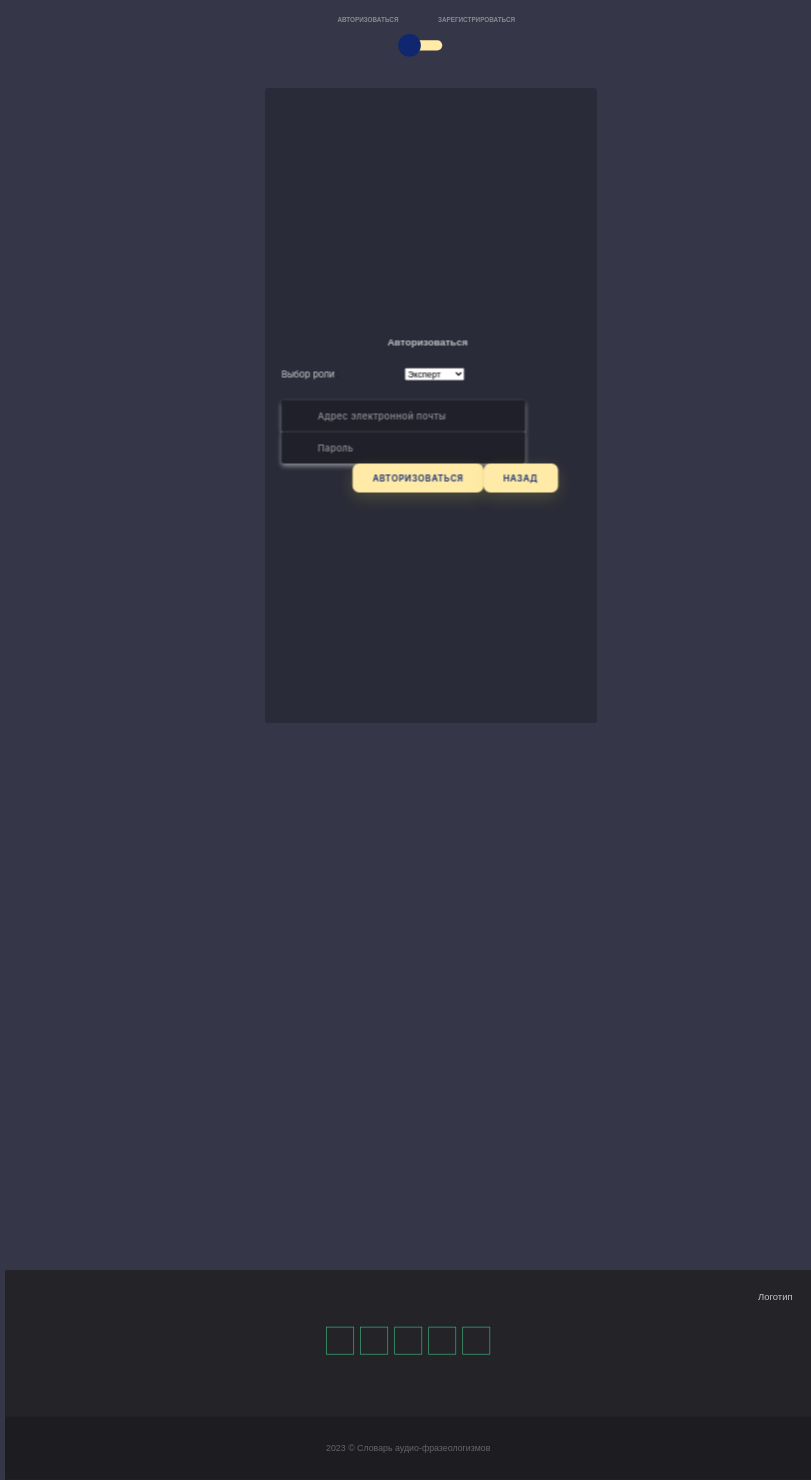
Repository: DoctorLivchic/is_audio_idioms_front
Page: /Authorization_Other
An editor plug-in stored every save of this project. The page is shown before and after the next save, followed by the edit.
The browser window is 1280 px wide. The page is 1288 px wide, so the pictures cover 1288 px, including what lies to the right of the window. The pictures show the whole page, at 63% of full size.
The project was rebuilt for these pictures with package versions that can differ from the ones it lists, and the page was loaded fresh each time. Also part of the build but not shown: src/CONST.js, src/main/Main.js, src/main_page/Main_page_aut.js, src/main_page/Main_page.js, src/main/Main_aut.js, src/Authorization.js, src/Users_personal_account.js, src/Expert_personal_account.js and 4 more.

Above is the page before, as saved 2023-03-18 14:53:03.

After the next save:
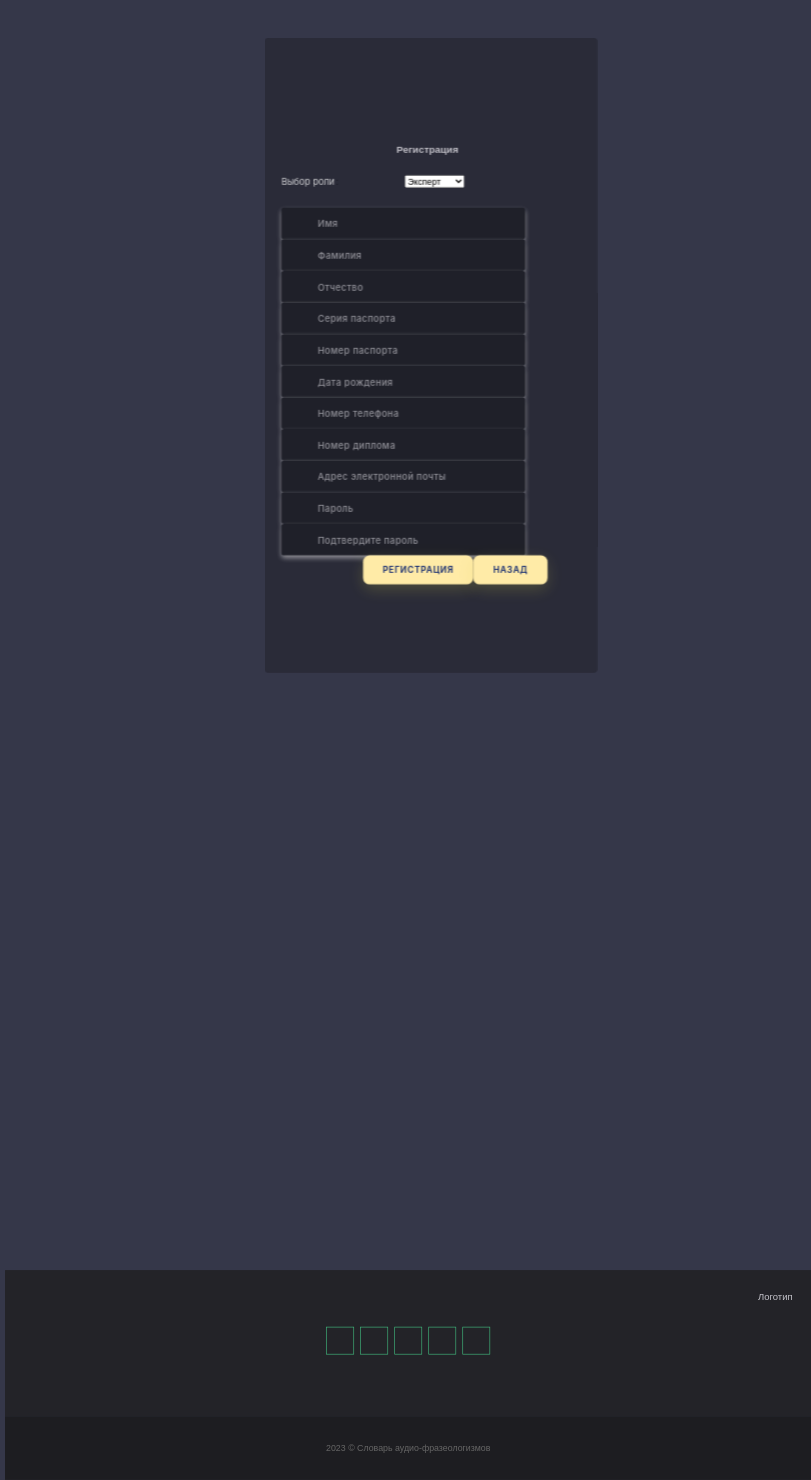
Saved 4 min 20 s later.
--- a/src/Authorization_Other.js
+++ b/src/Authorization_Other.js
@@ -152,6 +152,19 @@ export default function Authorization_Other()  {
 
     const data  = (await profiles).data;
 
+    document.getElementById("logemailUp").value = "";
+    document.getElementById("logpassUp").value= "";
+    document.getElementById("logname").value= "";
+    document.getElementById("logpassAffirm").value= "";
+    document.getElementById("logsurname").value= "";
+    document.getElementById("loglastname").value= "";
+    document.getElementById("logpassport_series").value= "";
+    document.getElementById("logpassport_id").value= "";
+    document.getElementById("logdata").value= "";
+    document.getElementById("logphone_number").value= "";
+    document.getElementById("logdiploma_id").value= "";
+    document.getElementById("select_reg").value= "";
+
     // const usr = data[data.length-1]; //получаем последнюю запись
   }
 
@@ -212,78 +225,17 @@ export default function Authorization_Other()  {
                   className="section pb-5 pt-5 pt-sm-2 text-center"
                   align="center"
                 >
-                  <h6 className="mb-0 pb-3">
-                    <span >Авторизоваться </span>
-                    <span>Зарегистрироваться</span>
-
-                  </h6>
-
-
-                  <input
-                    className="checkbox"
-                    type="checkbox"
-                    id="reg-log"
-                    name="reg-log"
-                  />
+
+
+
+
                   <label for="reg-log"></label>
                   <div className="card-3d-wrap mx-auto">
                     <div className="card-3d-wrapper">
                       <div className="card-front_Other">
                         <div className="center-wrap">
                           <div className="section text-center">
-                            <h4 className="mb">Авторизоваться</h4>
-
-                            <div className="form-group">
-                            <Form>
-                              <Form.Item
-                                name="logrolavt"
-                                id="logrolavt"
-                                label={<label style={{ color: "white" }}>Выбор роли</label>}
-                                >
-
-                                  <select id="select_avt"  >
-                                    <option value={2}>Эксперт</option>
-                                    <option value={1}>Модератор</option>
-                                  </select>
-                              </Form.Item >
-                            </Form>
-                              <i className="input-icon uil uil-user"></i>
-                            </div>
-
-                            <div className="form-group">
-                              <Input
-                                type="email"
-                                name="logemail"
-                                className="form-style"
-                                placeholder="Адрес электронной почты"
-                                id="logemailIn"
-                                autoComplete="off"
-                              />
-                              <i className="input-icon uil uil-at"></i>
-                            </div>
-
-                            <div className="form-group mt-2">
-                              <Input
-                                type="password"
-                                name="logpass"
-                                className="form-style"
-                                placeholder="Пароль"
-                                id="logpassIn"
-                                autoComplete="off"
-                              />
-                              <i className="input-icon uil uil-lock-alt"></i>
-                            </div>
-                            <Form.Item>
-                                <Button onClick={() => {logIn()}} className='btn'>Авторизоваться</Button>
-                                <Button onClick={() => {navigate("/")}} className='btn'>Назад</Button>
-                              </Form.Item>
-                          </div>
-                        </div>
-                      </div>
-                      <div className="card-back_Other">
-                        <div className="center-wrap">
-                          <div className="section text-center">
-                            <h4 className="mb-4 pb-3">Зарегистрироваться</h4>
+                            <h4 className="mb">Регистрация</h4>
 
                             <div className="form-group">
                             <Form>
@@ -446,15 +398,16 @@ export default function Authorization_Other()  {
                               />
                               <i className="input-icon uil uil-lock-alt"></i>
                             </div>
-                            <div className="button">
-                              <Form.Item>
+
+
+                            <Form.Item>
                                 <Button onClick={addUser} className='btn'>Регистрация</Button>
                                 <Button onClick={() => {navigate("/")}} className='btn'>Назад</Button>
                               </Form.Item>
-                            </div>
                           </div>
                         </div>
                       </div>
+
                     </div>
                   </div>
                 </div>
